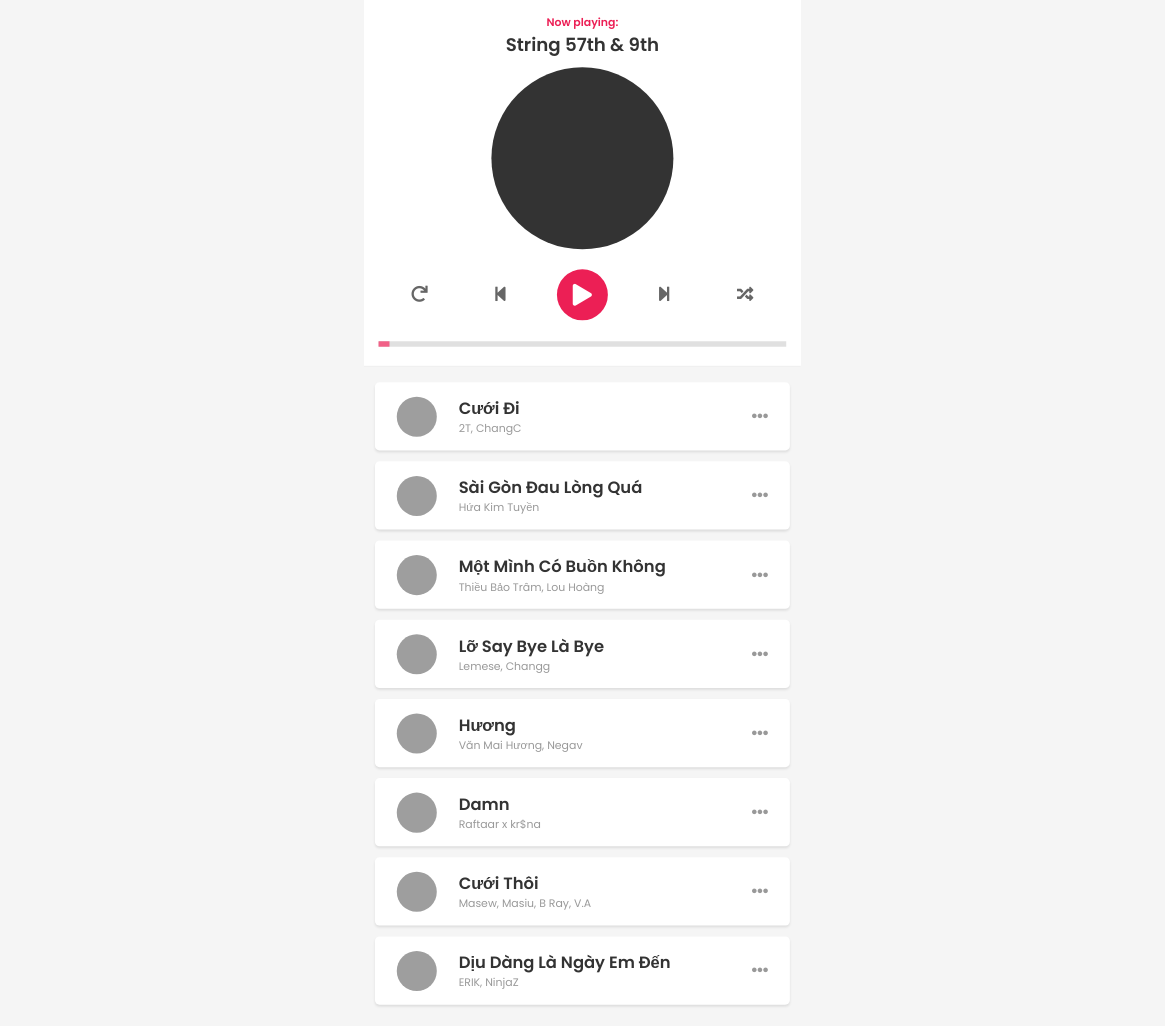
Repository: esplen74/Music
Page: music.html
The author's editor kept a copy of each file at every save. The page is drawn from the files as they stood at one save, then again after the next save.
The browser window is 1280 px wide. The pictures show the whole page, at 91% of full size.
Pictures or frames that could not be fetched are drawn as grey boxes.

Above is the page before, as saved 2021-11-09 10:18:35.

### music.html
<!DOCTYPE html>
<html lang="en">
  <head>
    <meta charset="UTF-8" />
    <meta http-equiv="X-UA-Compatible" content="IE=edge" />
    <meta name="viewport" content="width=device-width, initial-scale=1.0" />
    <title>music</title>
    <link rel="stylesheet" href="music.css" />
  </head>
  <body>
    <meta name="viewport" content="width=device-width, initial-scale=1.0" />
    <title>Music player</title>
    <link
      rel="stylesheet"
      href="https://cdnjs.cloudflare.com/ajax/libs/font-awesome/5.15.2/css/all.min.css"
      integrity="sha512-HK5fgLBL+xu6dm/Ii3z4xhlSUyZgTT9tuc/hSrtw6uzJOvgRr2a9jyxxT1ely+B+xFAmJKVSTbpM/CuL7qxO8w=="
      crossorigin="anonymous"
    />
    <link rel="preconnect" href="https://fonts.gstatic.com" />
    <link
      href="https://fonts.googleapis.com/css2?family=Poppins:wght@300;400;600&display=swap"
      rel="stylesheet"
    />

    <div class="player">
      <!-- Dashboard -->
      <div class="dashboard">
        <!-- Header -->
        <header>
          <h4>Now playing:</h4>
          <h2>String 57th & 9th</h2>
        </header>

        <!-- CD -->
        <div class="cd">
          <div class="cd-thumb"></div>
        </div>

        <!-- Control -->
        <div class="control">
          <div class="btn btn-repeat">
            <i class="fas fa-redo"></i>
          </div>
          <div class="btn btn-prev">
            <i class="fas fa-step-backward"></i>
          </div>
          <div class="btn btn-toggle-play">
            <i class="fas fa-pause icon-pause"></i>
            <i class="fas fa-play icon-play"></i>
          </div>
          <div class="btn btn-next">
            <i class="fas fa-step-forward"></i>
          </div>
          <div class="btn btn-random">
            <i class="fas fa-random"></i>
          </div>
        </div>

        <input
          id="progress"
          class="progress"
          type="range"
          value="0"
          step="1"
          min="0"
          max="100"
        />

        <audio id="audio" src=""></audio>
      </div>

      <!-- Playlist -->
      <div class="playlist">

      </div>
    </div>

    <!-- Design from: https://static.collectui.com/shots/3671744/musicloud-revolutionary-app-for-music-streaming-large -->

    <script src="music.js"></script>
  </body>
</html>

### music.css
:root {
  --primary-color: #ec1f55;
  --text-color: #333;
}

* {
  padding: 0;
  margin: 0;
  box-sizing: inherit;
}

body {
  background-color: #f5f5f5;
}

html {
  box-sizing: border-box;
  font-family: "Poppins", sans-serif;
}

.player {
  position: relative;
  max-width: 480px;
  margin: 0 auto;
}

.player .icon-pause {
  display: none;
}

.player.playing .icon-pause {
  display: inline-block;
}

.player.playing .icon-play {
  display: none;
}

.dashboard {
  padding: 16px 16px 14px;
  background-color: #fff;
  position: fixed;
  top: 0;
  width: 100%;
  max-width: 480px;
  border-bottom: 1px solid #ebebeb;
}

/* HEADER */
header {
  text-align: center;
  margin-bottom: 10px;
}

header h4 {
  color: var(--primary-color);
  font-size: 12px;
}

header h2 {
  color: var(--text-color);
  font-size: 20px;
}

/* CD */
.cd {
  display: flex;
  margin: auto;
  width: 200px;
}

.cd-thumb {
  width: 100%;
  padding-top: 100%;
  border-radius: 50%;
  background-color: #333;
  background-size: cover;
  margin: auto;
}

/* CONTROL */
.control {
  display: flex;
  align-items: center;
  justify-content: space-around;
  padding: 18px 0 8px 0;
}

.control .btn {
  color: #666;
  padding: 18px;
  font-size: 18px;
}

.control .btn.active {
  color: var(--primary-color);
}

.control .btn-toggle-play {
  width: 56px;
  height: 56px;
  border-radius: 50%;
  font-size: 24px;
  color: #fff;
  display: flex;
  align-items: center;
  justify-content: center;
  background-color: var(--primary-color);
}

.progress {
  width: 100%;
  -webkit-appearance: none;
  height: 6px;
  background: #d3d3d3;
  outline: none;
  opacity: 0.7;
  -webkit-transition: 0.2s;
  transition: opacity 0.2s;
}

.progress::-webkit-slider-thumb {
  -webkit-appearance: none;
  appearance: none;
  width: 12px;
  height: 6px;
  background-color: var(--primary-color);
  cursor: pointer;
}

/* PLAYLIST */
.playlist {
  margin-top: 408px;
  padding: 12px;
}

.song {
  display: flex;
  align-items: center;
  margin-bottom: 12px;
  background-color: #fff;
  padding: 8px 16px;
  border-radius: 5px;
  box-shadow: 0 2px 3px rgba(0, 0, 0, 0.1);
}

.song.active {
  background-color: var(--primary-color);
}

.song:active {
  opacity: 0.8;
}

.song.active .option,
.song.active .author,
.song.active .title {
  color: #fff;
}

.song .thumb {
  width: 44px;
  height: 44px;
  border-radius: 50%;
  background-size: cover;
  margin: 0 8px;
}

.song .body {
  flex: 1;
  padding: 0 16px;
}

.song .title {
  font-size: 18px;
  color: var(--text-color);
}

.song .author {
  font-size: 12px;
  color: #999;
}

.song .option {
  padding: 16px 8px;
  color: #999;
  font-size: 18px;
}

### music.js
// 1. Render songs
// 2. Scroll top
// 3. play/ pause
// 4. Cd rotate
// 5.Next / Prev
// 6. Random
// 7. Next / repeat when enabe
// 8. Active song // render
// 9. Scroll active song into view
// 10. Play song when click

const $ = document.querySelector.bind(document);
const $$ = document.querySelectorAll.bind(document);
const cd = $(".cd");
const heading = $("header h2");
const cdThumb = $(".cd-thumb");
const audio = $("#audio");
const btnPlay = $(".btn-toggle-play");
const playlist = $(".playlist");
const player = $(".player");
const progress = $(".progress");
const btnNext = $(".btn-next");
const btnPrev = $(".btn-prev");
const btnRandom = $(".btn-random");
const btnRepeat = $(".btn-repeat");

const app = {
  currentIndex: 6,

  songs: [
    {
      name: "Cưới Đi",
      singer: "2T, ChangC",
      path: "./music/song1.mp3",
      image:
        "https://avatar-ex-swe.nixcdn.com/song/2020/08/27/8/e/c/f/1598516178659_500.jpg",
    },
    {
      name: "Sài Gòn Đau Lòng Quá",
      singer: " Hứa Kim Tuyền",
      path: "./music/song2.mp3",
      image:
        "https://avatar-ex-swe.nixcdn.com/song/2021/03/27/d/2/9/1/1616859493571_500.jpg",
    },
    {
      name: "Một Mình Có Buồn Không",
      singer: "Thiều Bảo Trâm, Lou Hoàng",
      path: "./music/song3.mp3",
      image:
        "https://avatar-ex-swe.nixcdn.com/song/2020/10/19/f/5/8/c/1603078556165_500.jpg",
    },
    {
      name: "Lỡ Say Bye Là Bye",
      singer: "Lemese, Changg",
      path: "./music/song4.mp3",
      image:
        "https://avatar-ex-swe.nixcdn.com/song/2021/01/21/5/c/9/9/1611199600529_500.jpg",
    },
    {
      name: "Hương",
      singer: "Văn Mai Hương, Negav",
      path: "./music/song5.mp3",
      image:
        "https://avatar-ex-swe.nixcdn.com/song/2021/01/22/9/f/2/1/1611280898757_500.jpg",
    },
    {
      name: "Damn",
      singer: "Raftaar x kr$na",
      path: "./music/song6.mp3",
      image:
        "https://th.bing.com/th/id/OIP.iBnWFBIXKLuFs9xHKn65qgHaN4?w=182&h=342&c=7&r=0&o=5&dpr=1.25&pid=1.7",
    },
    {
      name: "Cưới Thôi",
      singer: " Masew, Masiu, B Ray, V.A",
      path: "./music/song7.mp3",
      image:
        "https://avatar-ex-swe.nixcdn.com/song/2021/09/09/f/c/f/d/1631181753902_500.jpg",
    },
    {
      name: "Dịu Dàng Là Ngày Em Đến",
      singer: " ERIK, NinjaZ",
      path: "./music/song8.mp3",
      image:
        "https://avatar-ex-swe.nixcdn.com/song/2021/08/30/2/1/a/e/1630307726211_500.jpg",
    },
  ],
  // render bài hát
  render: function () {
    const htmls = this.songs.map((song, index) => {
      return `
      <div class="song">
          <div class="thumb"
              style="background-image:url('${song.image}')">
          </div>
          <div class="body">
              <h3 class="title">${song.name}</h3>
              <p class="author">${song.singer}</p>
          </div>
          <div class="option">
              <i class="fas fa-ellipsis-h"></i>
          </div>
      </div>
      `;
    });
    playlist.innerHTML = htmls.join("");
  },
  handleEvent: function () {
    // Thu nhỏ cd
    const cdWidth = cd.offsetWidth;
    document.onscroll = function () {
      const scrollTop = window.scrollY || document.documentElement.scrollTop;
      const newCdWidth = cdWidth - scrollTop
      cd.style.width = newCdWidth +"px";
    };
  },
  start: function () {
    this.handleEvent();
    this.render();
  },
};
app.start();

After the next save:
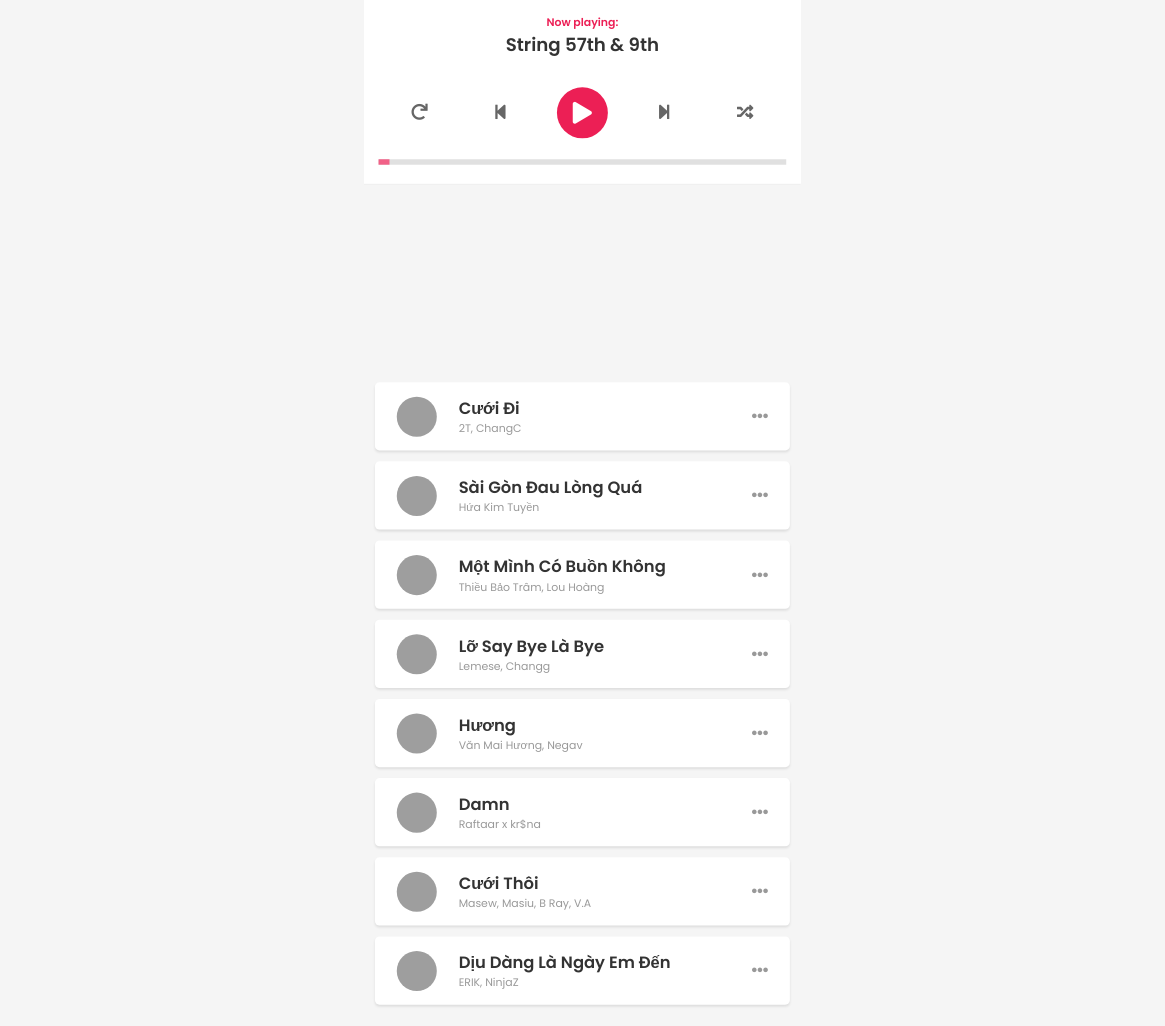
Console error: ReferenceError: Cannot access 'newCdWidth' before initialization
Saved 11 s later.
--- a/music.js
+++ b/music.js
@@ -110,8 +110,8 @@
     const cdWidth = cd.offsetWidth;
     document.onscroll = function () {
       const scrollTop = window.scrollY || document.documentElement.scrollTop;
-      const newCdWidth = cdWidth - scrollTop
-      cd.style.width = newCdWidth +"px";
+      const newCdWidth = cdWidth - scrollTop > 0 ? newCdWidth + "px" : 0;
+      cd.style.width = newCdWidth +"PX";
     };
   },
   start: function () {

After the 2 saves that followed:
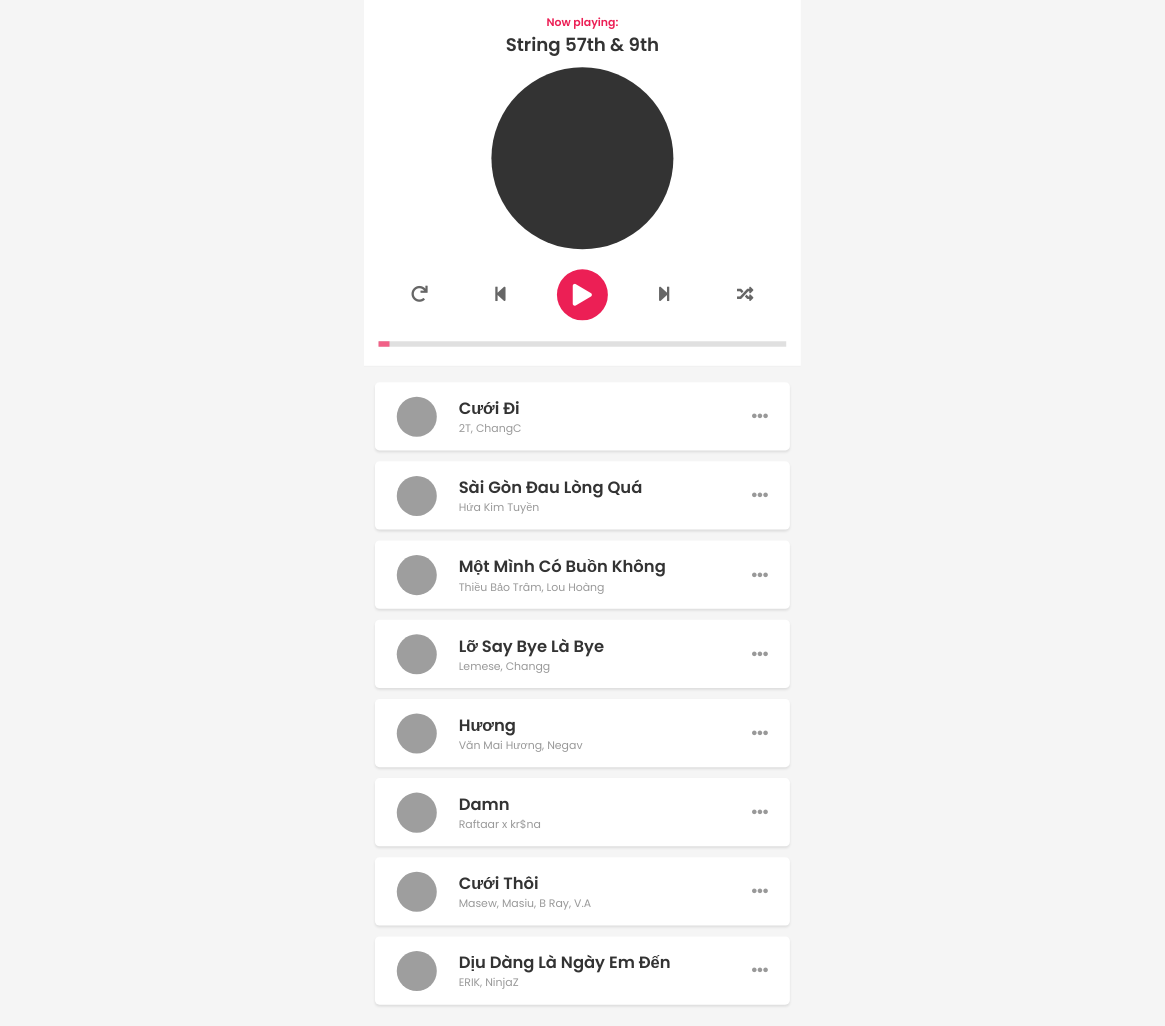
The error is gone.
The 2 saves are shown as one change because 1 left the picture as it was.
The last was saved 21 s later.
--- a/music.js
+++ b/music.js
@@ -107,12 +107,7 @@
   },
   handleEvent: function () {
     // Thu nhỏ cd
-    const cdWidth = cd.offsetWidth;
-    document.onscroll = function () {
-      const scrollTop = window.scrollY || document.documentElement.scrollTop;
-      const newCdWidth = cdWidth - scrollTop > 0 ? newCdWidth + "px" : 0;
-      cd.style.width = newCdWidth +"PX";
-    };
+
   },
   start: function () {
     this.handleEvent();
